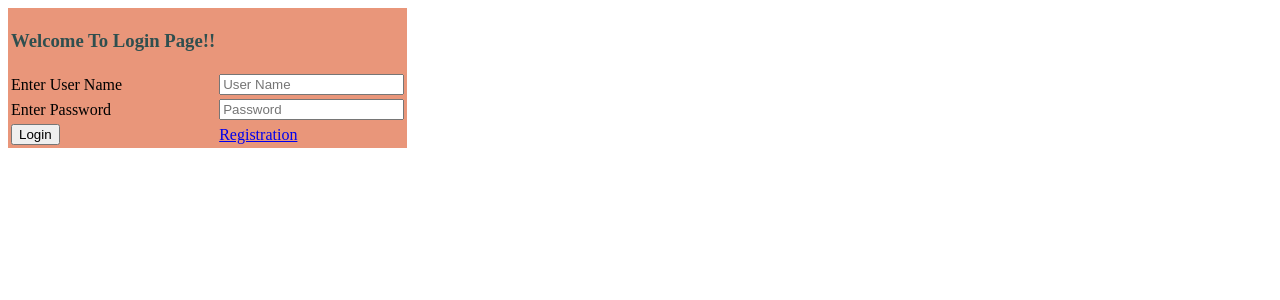
Repository: Pramila0526/LoginRegistrationUsingFilters
Page: http://localhost/LoginAndRegistration/login.jsp
These files come from the project's save history. The page is drawn as it stood at one moment and after the next save; the edit follows.
The browser window is 1280 px wide. The pictures show the whole page.
The page is served by Tomcat 9. Other server files are loaded and not shown.

Above is the page before, as saved 2019-12-27 05:30:52.

### LoginAndRegistration/WebContent/login.jsp
<%@ page language="java" contentType="text/html; charset=UTF-8"
	pageEncoding="UTF-8"%>
<!DOCTYPE html>
<html>
<head>
<meta charset="UTF-8">
<title>Insert title here</title>
</head>
<body>
	<form action="Login" method="post">
		<table style="background-color: DarkSalmon;">
		<tr>
				<td><h3 style="color: darkslategray;">Welcome To Login
						Page!!</h3></td>
			</tr>
			<tr>
				<td>Enter User Name</td>
				<td><input type="text" name="userName" placeholder="User Name"></td>
			</tr>
			<tr>
				<td>Enter Password</td>
				<td><input type="password" name="password" placeholder="Password"></td>
			</tr>

			<tr>
				<td><input type="submit" name="Login" value="Login"></td>
				<td><a href="register.jsp">Registration</a></td>
			</tr>
		</table>
	</form>
</body>
</html>

After the next save:
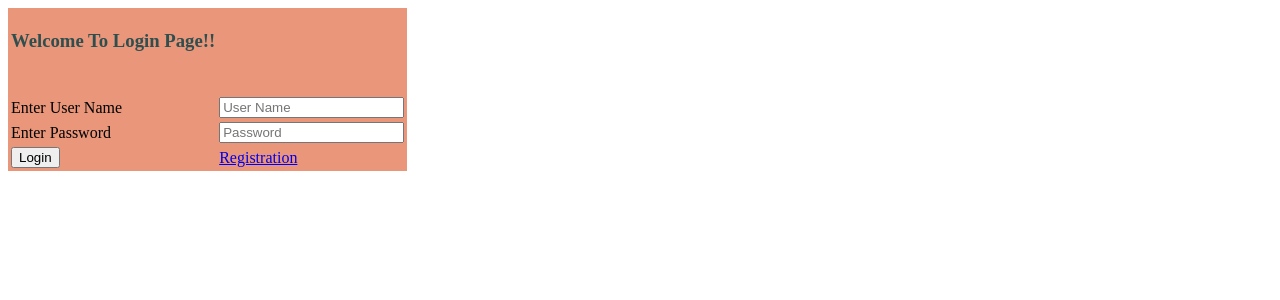
Saved 82 s later.
--- a/LoginAndRegistration/WebContent/login.jsp
+++ b/LoginAndRegistration/WebContent/login.jsp
@@ -13,6 +13,10 @@
 				<td><h3 style="color: darkslategray;">Welcome To Login
 						Page!!</h3></td>
 			</tr>
+			<tr>
+				<td><h3 style="color: darkslategray;">${message}</h3></td>
+			</tr>
+
 			<tr>
 				<td>Enter User Name</td>
 				<td><input type="text" name="userName" placeholder="User Name"></td>
